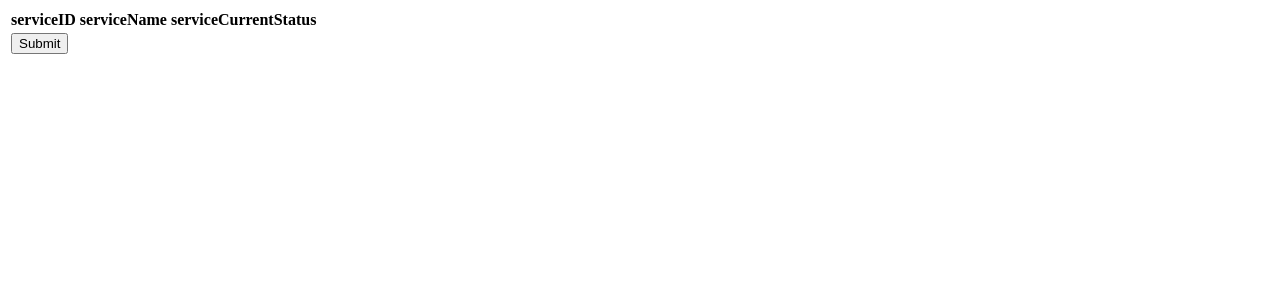
Repository: suma94/MyProjects
Page: http://localhost/SelfServiceSales/Display.jsp
An editor plug-in stored every save of this project. The page is shown before and after the next save, followed by the edit.
The browser window is 1280 px wide. The pictures show the whole page.
The page is served by Tomcat 9. Other server files are loaded and not shown.

Above is the page before, as saved 2015-08-26 03:04:48.

### SelfServiceSales/WebContent/Display.jsp
<%@ page language="java" contentType="text/html; charset=ISO-8859-1"
    pageEncoding="ISO-8859-1"%>
    <%@ taglib uri="http://java.sun.com/jsp/jstl/core" prefix="c" %>
<!DOCTYPE html PUBLIC "-//W3C//DTD HTML 4.01 Transitional//EN" "http://www.w3.org/TR/html4/loose.dtd">
<html>
<head>
<meta http-equiv="Content-Type" content="text/html; charset=ISO-8859-1">
<title>Insert title here</title>

</head>
<body>
	<form action="SuspendComplete" method="post">
		<table>
			<tr>
				<th>serviceID<th>serviceName<th>serviceCurrentStatus</th>
			</tr>
			<c:forEach var="e" items="${infols}">
			<tr>
				<td><input type="radio" name="services" value="${e.service_id}"> </td>
				<td><c:out value="${e.service_id}"></c:out> </td>
				<td><c:out value="${e.service_name}"></c:out> </td>
				<td><c:out value="${e.service_current_status}"></c:out> </td>
			</tr>
			</c:forEach>
			<tr>
				<td><input type="submit" value="Submit"name="Suspend"></td>
			</tr>
		</table>
	</form>
</body>
</html>

After the next save:
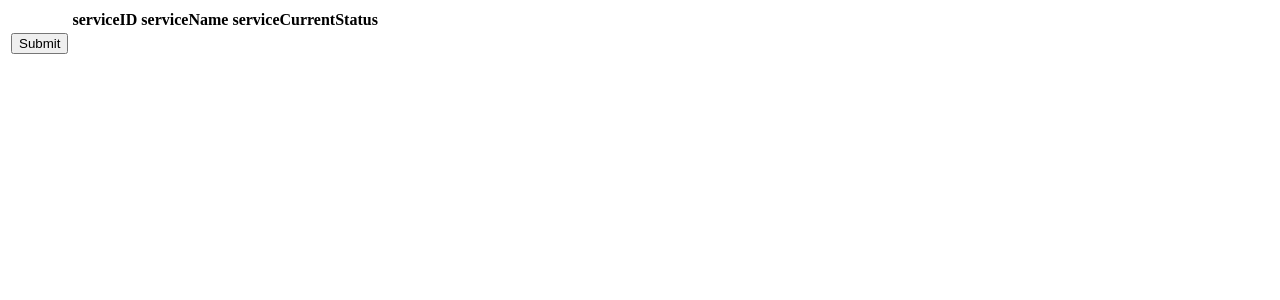
Saved 6 s later.
--- a/SelfServiceSales/WebContent/Display.jsp
+++ b/SelfServiceSales/WebContent/Display.jsp
@@ -12,7 +12,7 @@
 	<form action="SuspendComplete" method="post">
 		<table>
 			<tr>
-				<th>serviceID<th>serviceName<th>serviceCurrentStatus</th>
+				<th><th>serviceID<th>serviceName<th>serviceCurrentStatus</th>
 			</tr>
 			<c:forEach var="e" items="${infols}">
 			<tr>
